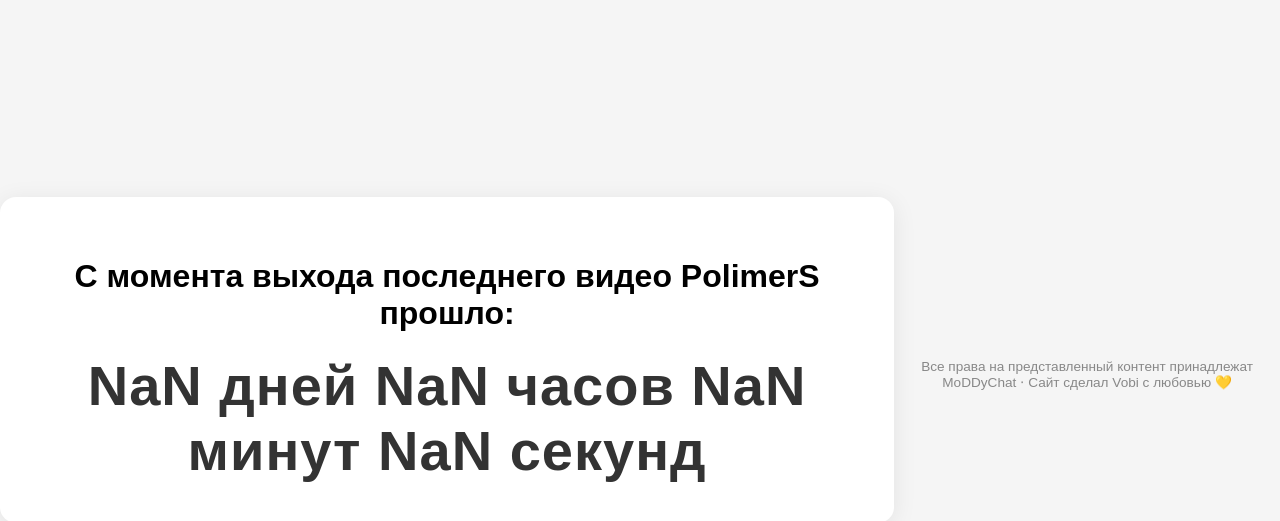
Repository: oncube-dev/OnCube-dev_website
Page: timer_from_Poli_video/app/templates/index.html
The author's editor kept a copy of each file at every save. The page is drawn from the files as they stood at one save, then again after the next save.
The browser window is 1280 px wide. The pictures show the whole page.

Above is the page before, as saved 2025-07-18 01:14:34.

After the next save:
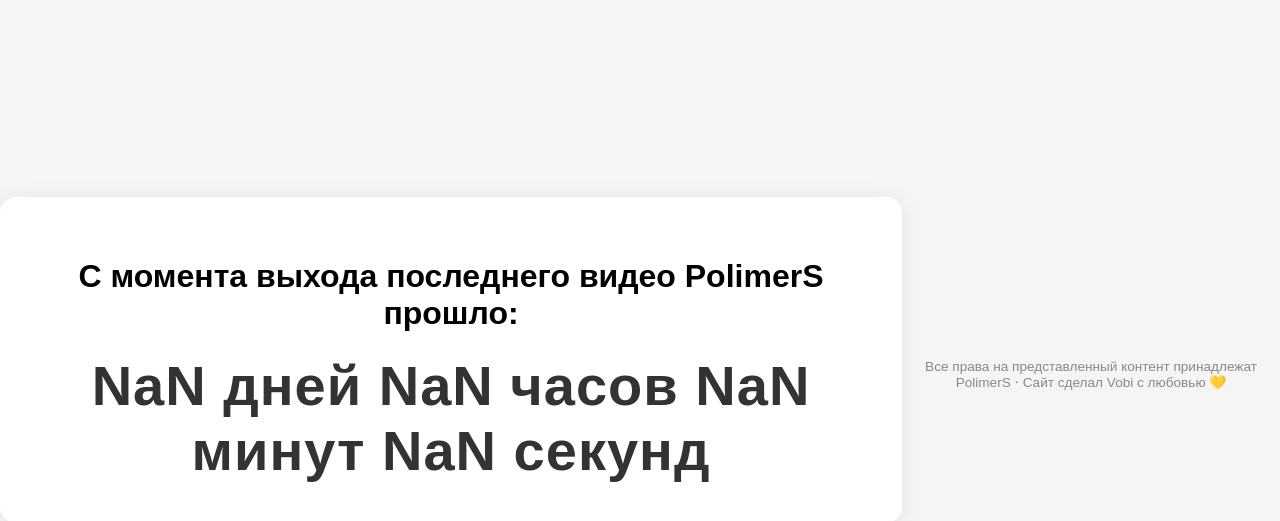
Saved 49 s later.
--- a/timer_from_Poli_video/app/templates/index.html
+++ b/timer_from_Poli_video/app/templates/index.html
@@ -11,7 +11,7 @@
         <div id="timer">Загрузка...</div>
     </div>
     <footer class="footer-note">
-        Все права на представленный контент принадлежат MoDDyChat ⋅ Сайт сделал Vobi с любовью 💛
+        Все права на представленный контент принадлежат PolimerS ⋅ Сайт сделал Vobi с любовью 💛
     </footer>
     <script>
         // Получаем стартовую дату из шаблона
